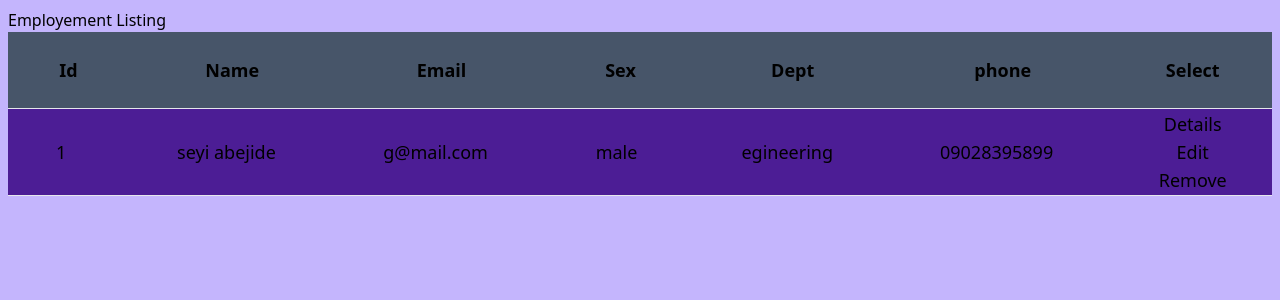
Repository: Semanmernstack/crud
Page: /
These files come from the project's save history. The page is drawn as it stood at one moment and after the next save; the edit follows.
The browser window is 1280 px wide. The pictures show the whole page.
The project was rebuilt for these pictures with package versions that can differ from the ones it lists, and the page was loaded fresh each time. Requests to the local data server were answered from the project's data file. Also part of the build but not shown: src/Details.js, src/Create.js, src/Edit.js.

Above is the page before, as saved 2022-12-24 01:07:43.

### src/App.js
import List from "./List";
import {
  BrowserRouter,
  Routes,
  Route,

} from "react-router-dom";
import Details from "./Details";
import Create from "./Create";
import Edit from "./Edit";



function App() {
  return (
    <div className="bg-slate-100 h-screen">
      <BrowserRouter>

      <Routes>
        <Route path="/" element={<List/>}> </Route>
        <Route path="/employee/create" element={<Create/>}> </Route>
        <Route path="/employee/details/:empid" element={<Details/>}> </Route>
        <Route path="/employee/edit/:empid" element={<Edit/>}> </Route>
      </Routes>
      </BrowserRouter>

    </div>
  );
}

export default App;

### src/List.js

import React, { useEffect, useState } from 'react'

function List() {
    const [records, setRecords] = useState("")

    useEffect(() => {
        fetch("http://localhost:8000/employee").then((res) => {
            return res.json()
        }).then((resp) => {
            console.log(resp)
            setRecords(resp)

        })

    }, [])
  return (
    <div className="overflow-x-hidden lg:max-w-7xl mx-auto  p-2 items-center bg-violet-300 h-screen   ">

        <p className='text-centre justify-center'> Employement Listing</p>


        <table className="  w-[100%] bg-violet-900 text-sm md:text-sm lg:text-lg   " >

            <thead>
                <tr className="border-b bg-slate-600">
                    <th scope='col' className=" lg:py-6 lg:px-12 py-4 px-6">Id</th>
                    <th scope='col' className=" lg:py-6 lg:px-12 py-4 px-6">Name</th>
                    <th scope='col' className=" lg:py-6 lg:px-12 py-4 px-6">Email</th>
                    <th scope='col' className=" lg:py-6 lg:px-12 py-4 px-6">Sex</th>
                    <th scope='col' className=" lg:py-6 lg:px-12 py-4 px-6">Dept</th>
                    <th scope='col' className=" lg:py-6 lg:px-12 py-4 px-6">phone</th>
                    <th scope='col' className=' lg:py-6 lg:px-12 py-4 px-6'>Select</th>

                </tr>
            </thead>
            <tbody>
                {
                    records &&
                    records.map((record) => (
                    <tr className="border-b" key={record.id}>
                        <td className=" lg:py-6 lg:px-12 py-3 px-4">{record.id}</td>
                        <td className=" lg:py-6 lg:px-12 py-3 px-4" >{record.name}</td>
                        <td className=" lg:py-6 lg:px-12 py-3 px-4">{record.email}</td>
                        <td className=" lg:py-6 lg:px-12 py-3 px-4">{record.sex}</td>
                        <td className=" lg:py-6 lg:px-12 py-3 px-4">{record.dept}</td>
                        <td className=" lg:py-6 lg:px-12 py-3 px-4">{record.phone}</td>
                        <td className='flex flex-col'>
                            <button>Details</button>
                            <button>Edit</button>
                            <button>Remove</button>

                        </td>
                    </tr>
                    ))
                }

            </tbody>

        </table>




    </div>
  )
}

export default List

### db.json
{
  "employee": [
    {
      "id": 1,
      "name": "seyi abejide",
      "email": "g@mail.com",
      "phone": "09028395899",
      "dept": "egineering",
      "sex": "male"

    }
  ]

}

Loaded but not shown: public/index.html (common file); src/index.js (common file); src/index.css (common file); src/reportWebVitals.js (common file); tailwind.config.js (common file)

After the next save:
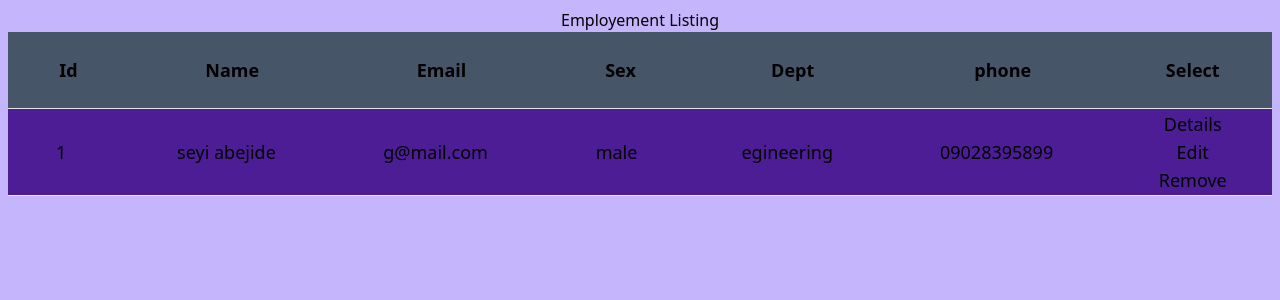
Saved 6 s later.
--- a/src/List.js
+++ b/src/List.js
@@ -17,7 +17,7 @@ function List() {
   return (
     <div className="overflow-x-hidden lg:max-w-7xl mx-auto  p-2 items-center bg-violet-300 h-screen   ">
 
-        <p className='text-centre justify-center'> Employement Listing</p>
+        <p className='text-centre justify-center flex'> Employement Listing</p>
 
 
         <table className="  w-[100%] bg-violet-900 text-sm md:text-sm lg:text-lg   " >
